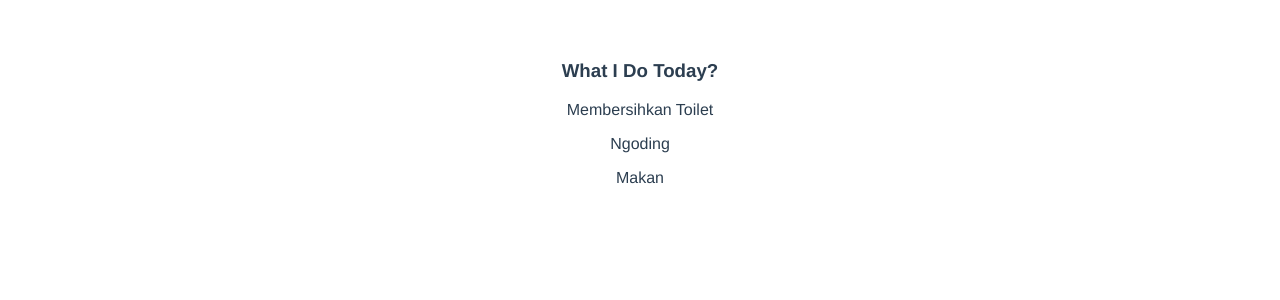
Repository: AdiPrimanto/praxis-academy
Page: / (app in novice/03-05/todolist/)
These files come from the project's save history. The page is drawn as it stood at one moment and after a run of saves; the edit follows.
The browser window is 1280 px wide. The pictures show the whole page.
The project was rebuilt for these pictures with package versions that can differ from the ones it lists, and the page was loaded fresh each time.

Above is the page before, as saved 2019-11-29 14:01:13.

### novice/03-05/todolist/src/App.vue
<template>
  <div id="app">
    <div class="container">
      <div class="row header">
        <div class="col-12">
          <h3>What I Do Today? </h3>
        </div>
      </div>
      <div class="row content">
        <div class="col-12">
          <div class="pekerjaan-rumah">
            <div v-for="tugasSaya in tugas" v-bind:key="tugasSaya.id" class="tugas">
              <p>{{tugasSaya.nama}}</p>
            </div>
          </div>
        </div>
      </div>
    </div>


  </div>
</template>

<script>
  // import HelloWorld from './components/HelloWorld.vue'

  export default {
    name: 'app',
    //membuat data json
    //v-for dilakukan jk memiliki array di dalam data:
    data: function () {
      return {
        tugas: [{
            id: 1,
            nama: 'Membersihkan Toilet',
            isDone: false
          },
          {
            id: 2,
            nama: 'Ngoding',
            isDone: false
          },
          {
            id: 3,
            nama: 'Makan',
            isDone: false
          }
        ]
      };
    },
    components: {

    }
  }
</script>

<style>
  #app {
    font-family: 'Avenir', Helvetica, Arial, sans-serif;
    -webkit-font-smoothing: antialiased;
    -moz-osx-font-smoothing: grayscale;
    text-align: center;
    color: #2c3e50;
    margin-top: 60px;
  }
  .header{
    background: #1
  }
</style>

Loaded but not shown: novice/03-05/todolist/public/index.html (common file); novice/03-05/todolist/src/main.js (common file)

After the next 2 saves:
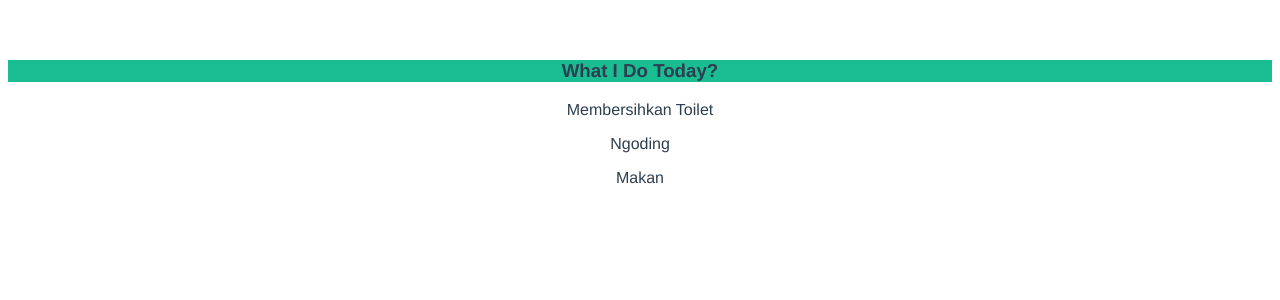
The 2 saves are shown as one change because they came seconds apart.
The last was saved 7 s later.
--- a/novice/03-05/todolist/src/App.vue
+++ b/novice/03-05/todolist/src/App.vue
@@ -64,6 +64,6 @@
     margin-top: 60px;
   }
   .header{
-    background: #1
+    background: #1abc91;
   }
 </style>
